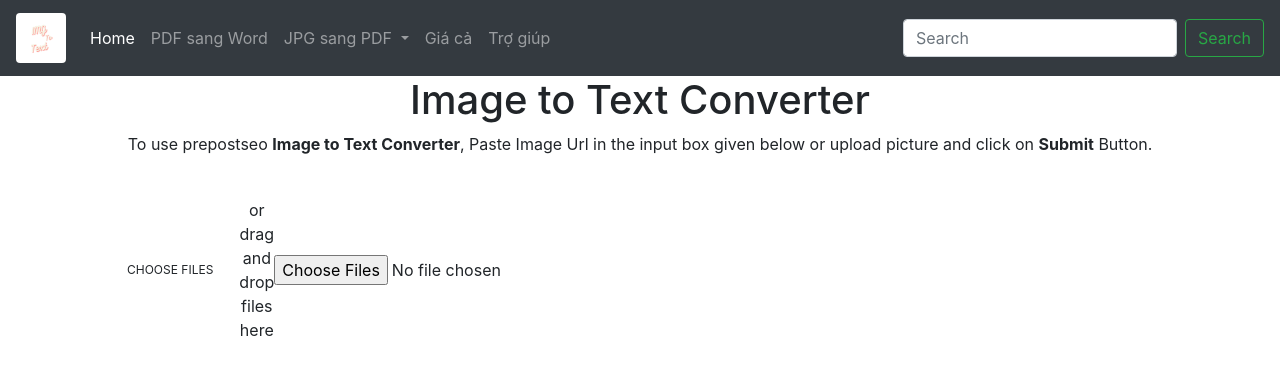
Repository: Tung1227/PBL6-2022
Page: index.html
These files come from the project's save history. The page is drawn as it stood at one moment and after a run of saves; the edit follows.
The browser window is 1280 px wide. The pictures show the whole page.

Above is the page before, as saved 2022-09-16 20:35:19.

### index.html
<!doctype html>
<html lang="en">

<head>
    <title>Title</title>
    <!-- Required meta tags -->
    <meta charset="utf-8">
    <meta name="viewport" content="width=device-width, initial-scale=1, shrink-to-fit=no">

    <!-- Bootstrap CSS -->
    <link rel="stylesheet" href="https://stackpath.bootstrapcdn.com/bootstrap/4.3.1/css/bootstrap.min.css"
        integrity="sha384-ggOyR0iXCbMQv3Xipma34MD+dH/1fQ784/j6cY/iJTQUOhcWr7x9JvoRxT2MZw1T" crossorigin="anonymous">
    <link rel="stylesheet" href="public/css/index.css">
</head>

<body>
    <nav class="navbar navbar-expand-lg navbar-dark bg-dark">
        <a class="navbar-brand" href="#">
            <img class="rounded" src="public/img/logo.png" width="50" height="50" alt="">
        </a>
        <button class="navbar-toggler" type="button" data-toggle="collapse" data-target="#navbarSupportedContent"
            aria-controls="navbarSupportedContent" aria-expanded="false" aria-label="Toggle navigation">
            <span class="navbar-toggler-icon"></span>
        </button>

        <div class="collapse navbar-collapse" id="navbarSupportedContent">
            <ul class="navbar-nav mr-auto">
                <li class="nav-item active">
                    <a class="nav-link" href="#">Home <span class="sr-only">(current)</span></a>
                </li>
                <li class="nav-item">
                    <a class="nav-link" href="#">PDF sang Word</a>
                </li>
                <li class="nav-item dropdown">
                    <a class="nav-link dropdown-toggle" href="#" id="navbarDropdown" role="button"
                        data-toggle="dropdown" aria-haspopup="true" aria-expanded="false">
                        JPG sang PDF
                    </a>
                    <div class="dropdown-menu" aria-labelledby="navbarDropdown">
                        <a class="dropdown-item" href="#">Action</a>
                        <a class="dropdown-item" href="#">Another action</a>
                        <div class="dropdown-divider"></div>
                        <a class="dropdown-item" href="#">Something else here</a>
                    </div>
                </li>
                <li class="nav-item">
                    <a class="nav-link" href="#">Giá cả</a>
                </li>
                <li class="nav-item">
                    <a class="nav-link" href="#">Trợ giúp</a>
                </li>
            </ul>
            <form class="form-inline my-2 my-lg-0 ">
                <input class="form-control mr-sm-2" type="search" placeholder="Search" aria-label="Search">
                <button class="btn btn-outline-success my-2 my-sm-0 " type="submit">Search</button>
            </form>
        </div>
    </nav>
    <div class="container">
        <div class="col-xs-1-12 text-center">
            <h1 class="">Image to Text Converter</h1>
            <p class="text16">To use prepostseo <strong>Image to Text Converter</strong>, Paste Image Url in the input
                box given below or upload picture and click on <strong>Submit</strong> Button.</p>
            <div class="file-drop-area">
                <span class="choose-file-button">Choose files</span>
                <span class="file-message">or drag and drop files here</span>
                <input class="file-input" type="file" multiple>
            </div>
        </div>
    </div>
    <!-- Optional JavaScript -->
    <!-- jQuery first, then Popper.js, then Bootstrap JS -->
    <script src="https://code.jquery.com/jquery-3.3.1.slim.min.js"
        integrity="sha384-q8i/X+965DzO0rT7abK41JStQIAqVgRVzpbzo5smXKp4YfRvH+8abtTE1Pi6jizo"
        crossorigin="anonymous"></script>
    <script src="https://cdnjs.cloudflare.com/ajax/libs/popper.js/1.14.7/umd/popper.min.js"
        integrity="sha384-UO2eT0CpHqdSJQ6hJty5KVphtPhzWj9WO1clHTMGa3JDZwrnQq4sF86dIHNDz0W1"
        crossorigin="anonymous"></script>
    <script src="https://stackpath.bootstrapcdn.com/bootstrap/4.3.1/js/bootstrap.min.js"
        integrity="sha384-JjSmVgyd0p3pXB1rRibZUAYoIIy6OrQ6VrjIEaFf/nJGzIxFDsf4x0xIM+B07jRM"
        crossorigin="anonymous"></script>
</body>

</html>

### public/css/index.css
* {
    padding: 0px;
    margin: 0px;
}

.file-drop-area {
    position: relative;
    display: flex;
    align-items: center;
    width: 450px;
    max-width: 100%;
    padding: 25px;
    border: 1px dashed rgba(255, 255, 255, 0.4);
    border-radius: 3px;
    transition: 0.2s;
}

.choose-file-button {
    flex-shrink: 0;
    background-color: rgba(255, 255, 255, 0.04);
    border: 1px solid rgba(255, 255, 255, 0.1);
    border-radius: 3px;
    padding: 8px 15px;
    margin-right: 10px;
    font-size: 12px;
    text-transform: uppercase;
  }

After the next 2 saves:
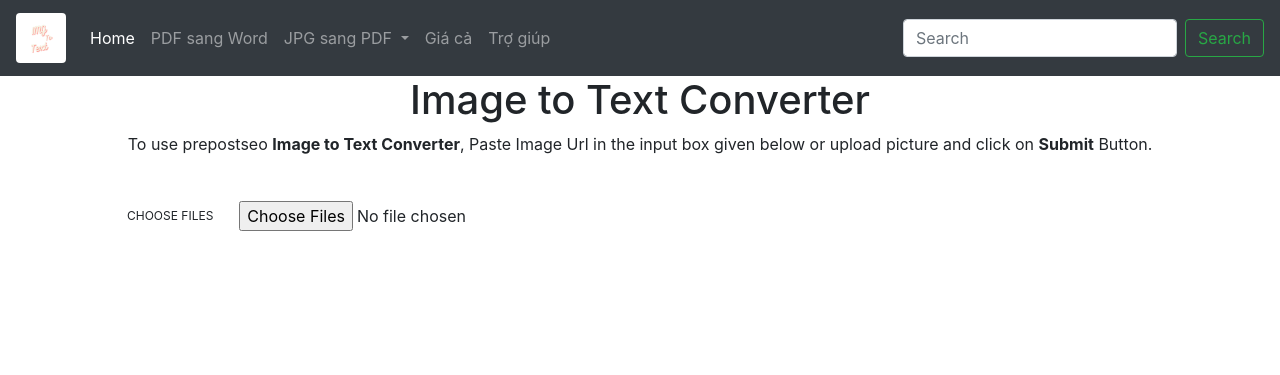
The 2 saves are shown as one change because they came seconds apart.
The last was saved 41 s later.
--- a/public/css/index.css
+++ b/public/css/index.css
@@ -24,4 +24,13 @@
     margin-right: 10px;
     font-size: 12px;
     text-transform: uppercase;
-  }
+}
+
+.file-message {
+    font-size: small;
+    font-weight: 300;
+    line-height: 1.4;
+    white-space: nowrap;
+    overflow: hidden;
+    text-overflow: ellipsis;
+}
